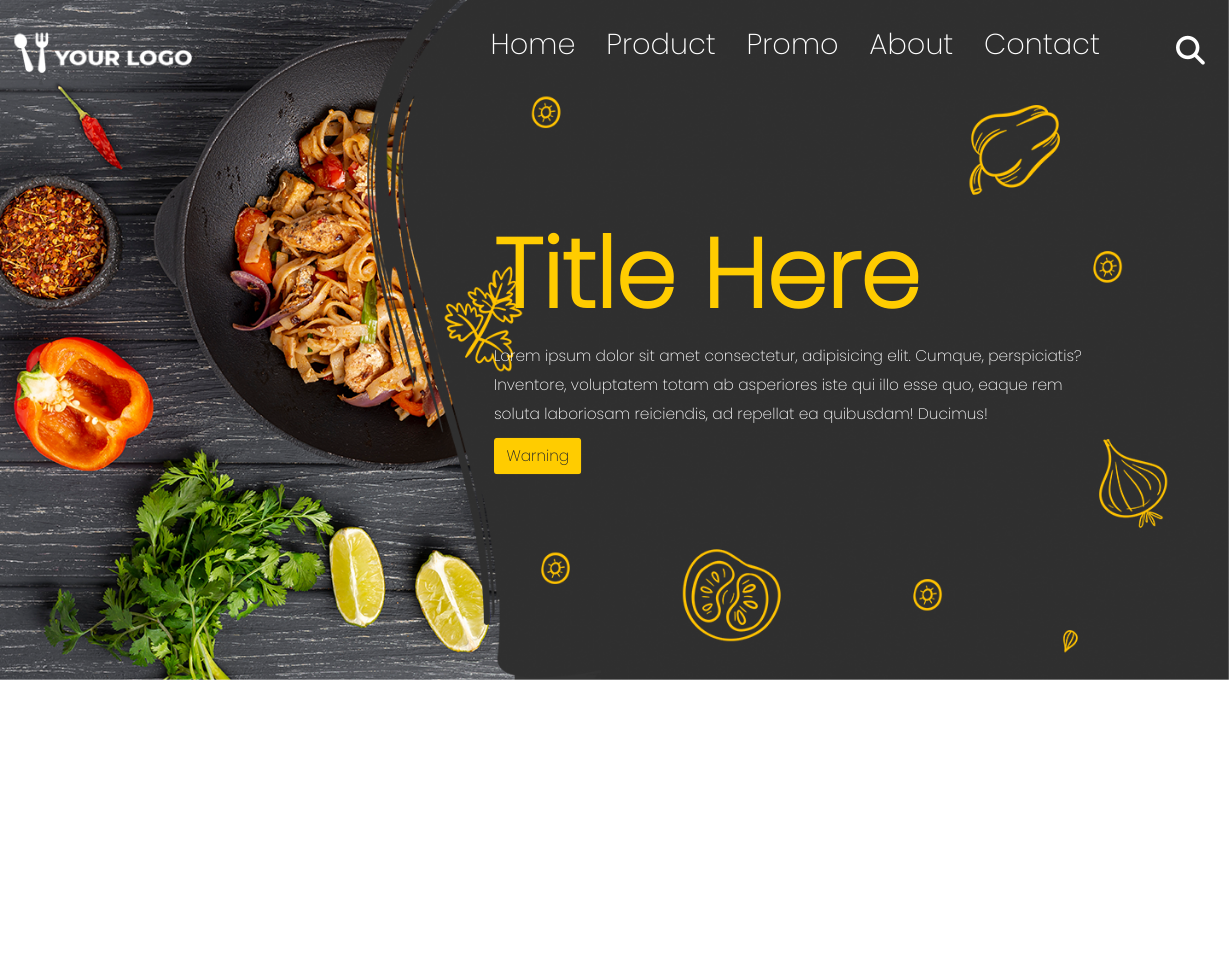
Repository: iphoneboy46/templateRestaurent
Page: index.html
The author's editor kept a copy of each file at every save. The page is drawn from the files as they stood at one save, then again after the next save.
The browser window is 1280 px wide. The pictures show the whole page, at 96% of full size.

Above is the page before, as saved 2022-10-12 15:07:21.

### index.html
<!DOCTYPE html>
<html lang="en">

<head>
    <meta charset="UTF-8">
    <meta http-equiv="X-UA-Compatible" content="IE=edge">
    <meta name="viewport" content="width=device-width, initial-scale=1.0">
    <link rel="stylesheet" href="https://cdn.jsdelivr.net/npm/bootstrap@4.3.1/dist/css/bootstrap.min.css"
        integrity="sha384-ggOyR0iXCbMQv3Xipma34MD+dH/1fQ784/j6cY/iJTQUOhcWr7x9JvoRxT2MZw1T" crossorigin="anonymous">
    <script src="https://code.jquery.com/jquery-3.3.1.slim.min.js"
        integrity="sha384-q8i/X+965DzO0rT7abK41JStQIAqVgRVzpbzo5smXKp4YfRvH+8abtTE1Pi6jizo"
        crossorigin="anonymous"></script>
    <script src="https://cdn.jsdelivr.net/npm/popper.js@1.14.7/dist/umd/popper.min.js"
        integrity="sha384-UO2eT0CpHqdSJQ6hJty5KVphtPhzWj9WO1clHTMGa3JDZwrnQq4sF86dIHNDz0W1"
        crossorigin="anonymous"></script>
    <script src="https://cdn.jsdelivr.net/npm/bootstrap@4.3.1/dist/js/bootstrap.min.js"
        integrity="sha384-JjSmVgyd0p3pXB1rRibZUAYoIIy6OrQ6VrjIEaFf/nJGzIxFDsf4x0xIM+B07jRM"
        crossorigin="anonymous"></script>
    <link rel="stylesheet" href="https://cdnjs.cloudflare.com/ajax/libs/font-awesome/6.2.0/css/all.min.css"
        integrity="sha512-xh6O/CkQoPOWDdYTDqeRdPCVd1SpvCA9XXcUnZS2FmJNp1coAFzvtCN9BmamE+4aHK8yyUHUSCcJHgXloTyT2A=="
        crossorigin="anonymous" referrerpolicy="no-referrer" />
    <link rel="stylesheet" href="style.css">
    <title>Document</title>
</head>

<body>
    <header class="header container-fluid">
        <nav class="menu__list pt-3">
           <div class="logo">
                <a class="navbar-brand">
                    <img src="images/logo.png" alt="">
                </a>
           </div>
            <ul class="menu__items">
                <li class="nav-item">
                    <a class="nav-link text-white" href="#">Home</a>
                </li>
                <li class="nav-item">
                    <a class="nav-link text-white" href="#">Product</a>
                </li>
                <li class="nav-item">
                    <a class="nav-link text-white" href="#">Promo</a>
                </li>
                <li class="nav-item">
                    <a class="nav-link text-white" href="#">About</a>
                </li>
                <li class="nav-item">
                    <a class="nav-link text-white" href="#">Contact</a>
                </li>
            </ul>
            <div class="item--search">
                <i class="fa-solid fa-magnifying-glass"></i>
            </div>
        </nav>
        <div class="header__content">
            <h1>Title Here</h1>
            <p>Lorem ipsum dolor sit amet consectetur, adipisicing elit. Cumque, perspiciatis? Inventore, voluptatem totam ab asperiores iste qui illo esse quo, eaque rem soluta laboriosam reiciendis, ad repellat ea quibusdam! Ducimus!</p>
            <button type="button" class="btn">Warning</button>
        </div>
    </header>
</body>

</html>

### style.css
@import url('https://fonts.googleapis.com/css2?family=Poppins:wght@200&display=swap');
@import url('https://fonts.googleapis.com/css2?family=Dancing+Script:wght@700&family=Poppins:wght@200&display=swap');

* {
    padding: 0;
    margin: 0;
    box-sizing: border-box;
    font-family: 'Poppins', sans-serif;
    text-decoration: none;
    list-style: none;
}

.logo {
    width: 30%;
}

.header {
    background-image: url(images/header.png);
    width: 100%;
    height: 1000px;
    background-size: 100%;
    background-repeat: no-repeat;
    object-fit: fill;
}

.menu__list {
    display: flex;
    justify-content: space-between;
    align-items: center;
}

.menu__items {
    display: flex;
    justify-content: space-between;
    align-items: center;
    width: 50%;
}

.menu__items li a {
    font-size: 30px;
}


.item--search i {
    margin-right: 10px;
    color: white;
    font-size: 30px;
}

.header__content {
    width: 635px;
    position: absolute;
    top: 50%;
    left: 65%;
    transform: translate(-50%, -50%)
}



.header__content h1 {
    color: #ffcc00;
    font-size: 100px;
    font-weight: bold;
    font-family: 'Poppins', sans-serif;
}

.header__content p {
    color: white;
    line-height: 30px;
    margin-top: 10px;
    margin-bottom: 10px;
}

.header__content .btn {
    background-color: #ffcc00;
}

After the next save:
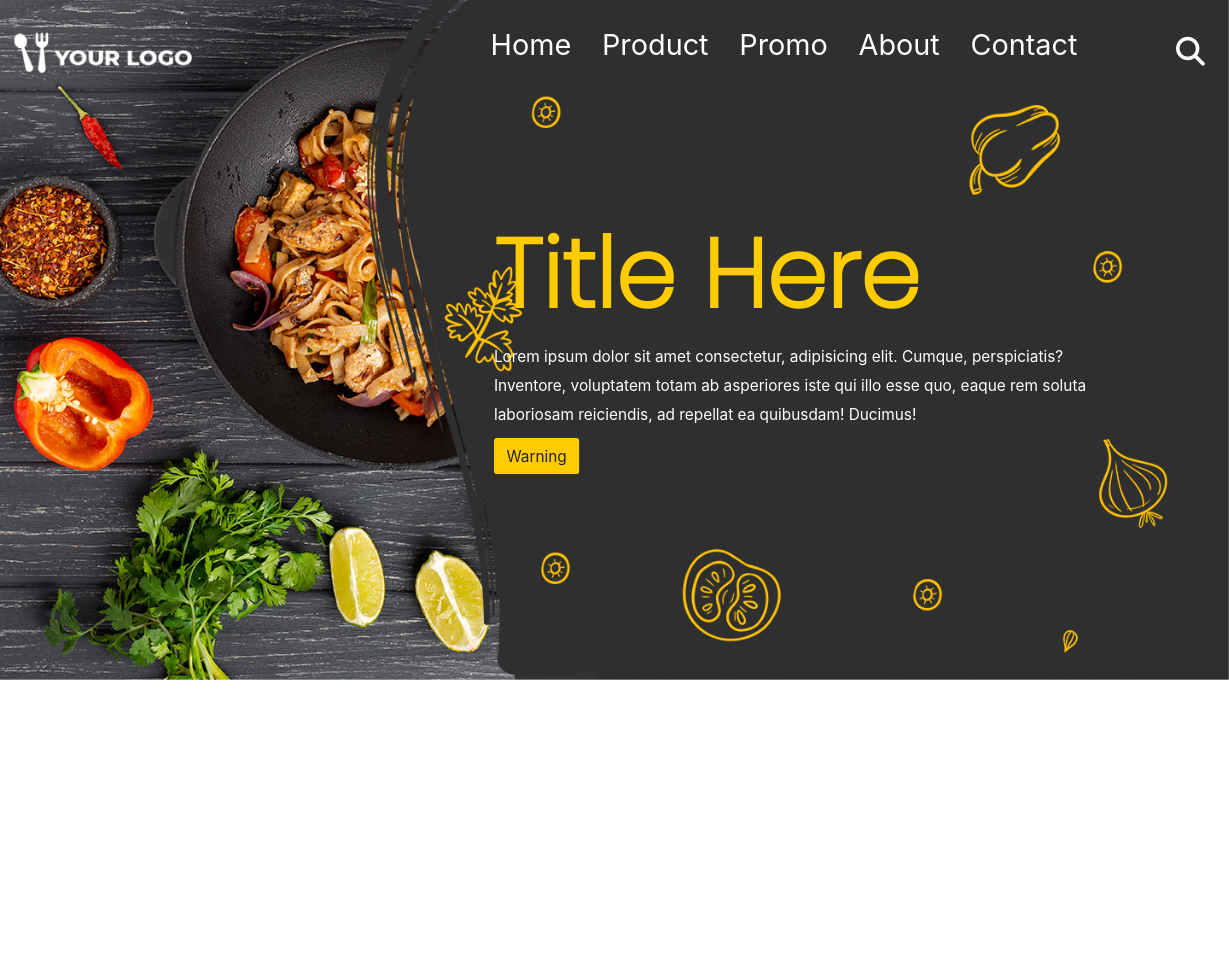
Saved 6 s later.
--- a/style.css
+++ b/style.css
@@ -5,7 +5,6 @@
     padding: 0;
     margin: 0;
     box-sizing: border-box;
-    font-family: 'Poppins', sans-serif;
     text-decoration: none;
     list-style: none;
 }

After the save that followed:
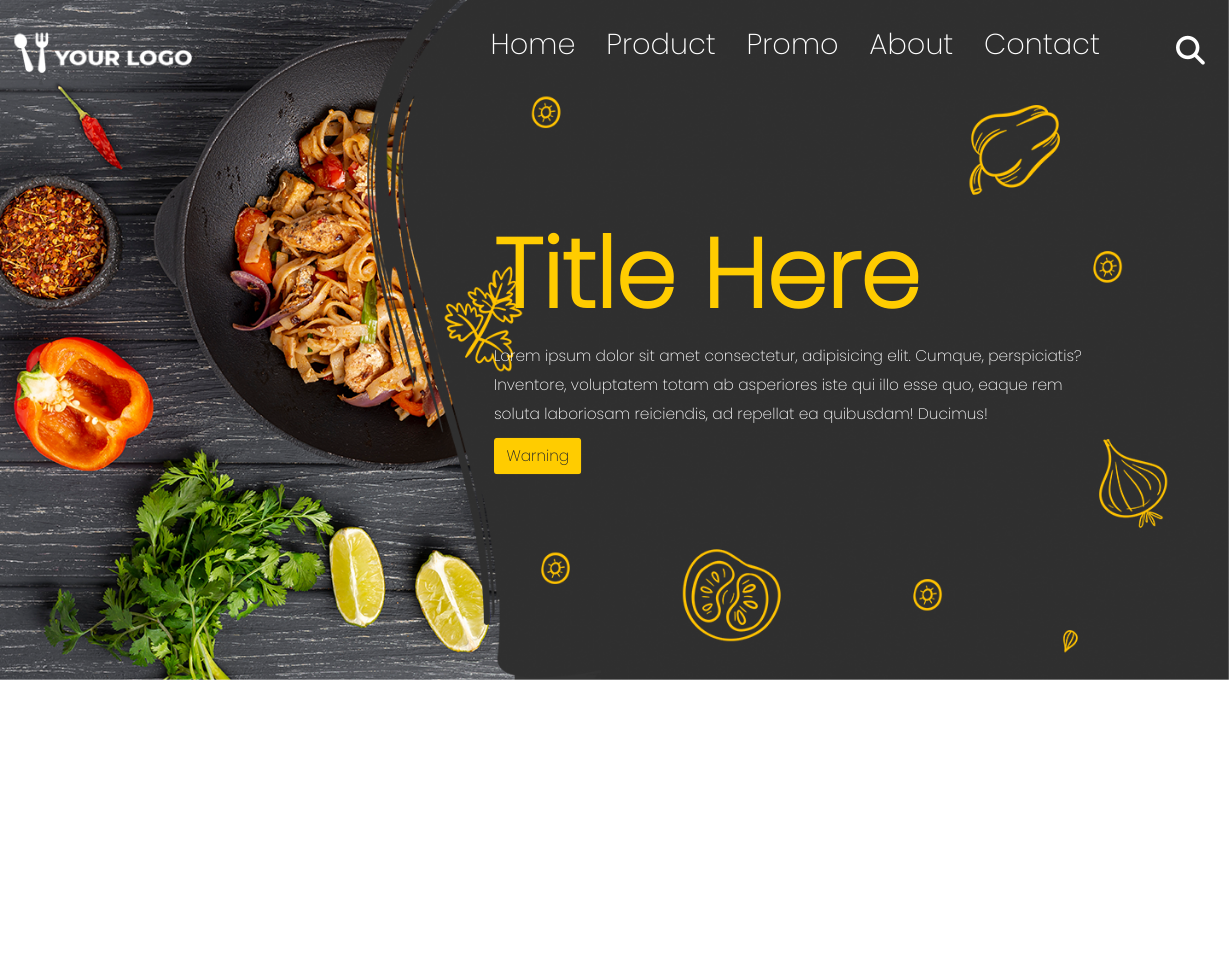
Saved 6 s later.
--- a/style.css
+++ b/style.css
@@ -5,6 +5,7 @@
     padding: 0;
     margin: 0;
     box-sizing: border-box;
+    font-family: 'Poppins', sans-serif;
     text-decoration: none;
     list-style: none;
 }
